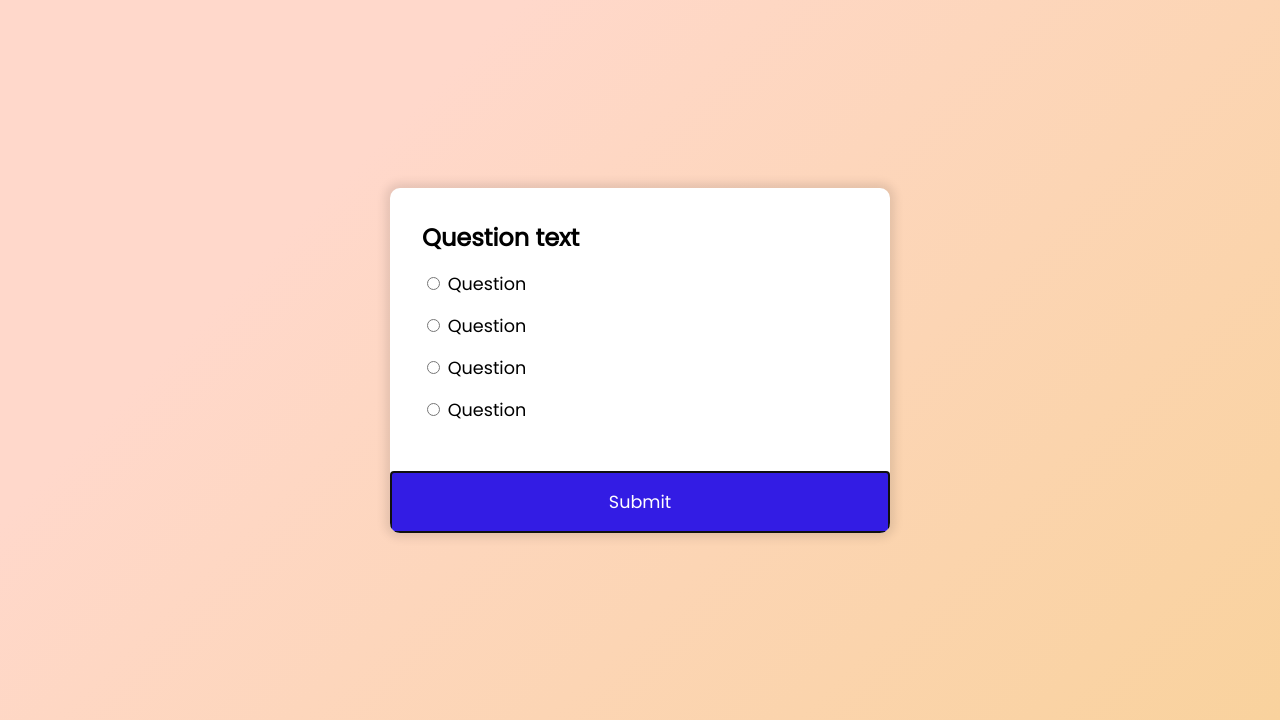
Repository: PratypartyY2K/JavaScript-Projects
Page: Quiz-App/index.html
An editor plug-in stored every save of this project. The page is shown before and after the next save, followed by the edit.
The browser window is 1280 px wide. The pictures show the whole page.
The first visible `button` has the focus.

Above is the page before, as saved 2021-07-04 11:11:01.
Console error: TypeError: document.getElementsById is not a function

### Quiz-App/index.html
<!DOCTYPE html>
<html lang="en">

<head>
    <meta charset="UTF-8">
    <meta http-equiv="X-UA-Compatible" content="IE=edge">
    <meta name="viewport" content="width=device-width, initial-scale=1.0">
    <title>Quiz App</title>
    <link rel="stylesheet" href="styles.css">
    <script src="script.js" defer></script>
</head>

<body>
    <div class="quiz-container" id="quiz">
        <div class="quiz-header">
            <h2 id="question">Question text</h2>
            <ul>
                <li>
                    <input type="radio" id="a" name="answer" class="answer" />
                    <label id="a_text" for="a">Question</label>
                </li>
                <li>
                    <input type="radio" id="b" name="answer" class="answer" />
                    <label id="b_text" for="b">Question</label>
                </li>
                <li>
                    <input type="radio" id="c" name="answer" class="answer" />
                    <label id="c_text" for="c">Question</label>
                </li>
                <li>
                    <input type="radio" id="d" name="answer" class="answer" />
                    <label id="d_text" for="d">Question</label>
                </li>
            </ul>
        </div>
        <button id="submit">Submit</button>
    </div>
</body>
</html>

### Quiz-App/styles.css
@import url('https://fonts.googleapis.com/css2?family=Poppins&display=swap');

* {
    box-sizing: border-box;
}

body {
    margin: 0;
    background-color: #f9d29d;
    background-image: linear-gradient(315deg, #f9d29d 0%, #ffd8cb 74%);
    display: flex;
    justify-content: center;
    align-items: center;
    min-height: 100vh;
    font-family: "Poppins", sans-serif;
}

.quiz-container {
    background-color: #fff;
    border-radius: 10px;
    box-shadow: 0 0 10px 5px rgba(0,0,0,0.1);
    width: 500px;
    max-width: 100%;
    overflow: hidden;
}

.quiz-header {
    padding: 2rem;
}

h2 {
    margin: 0;
}

ul {
    list-style-type: none;
    padding: 0;
}

ul li {
    font-size: 1.1rem;
    margin: 1rem 0;
    cursor: pointer;
}

button {
    background-color: #6c5ce7;
    display: block;
    color: white;
    font-family: inherit;
    font-size: 1.1rem;
    width: 100%;
    padding: 1rem;
    cursor: pointer;
}

button:hover {
    background-color: #3b27ce;
}

button:focus {
    background-color: #331ce4;
}

### Quiz-App/script.js
const quizData = [
  {
    question: "What is 10 + 4?",
    a: "12",
    b: "14",
    c: "16",
    d: "140",
    correct: "c",
  },
  {
    question: "What is 20 - 9?",
    a: "7",
    b: "13",
    c: "11",
    d: "29",
    correct: "c",
  },
  {
    question: "What is 7 x 3?",
    a: "21",
    b: "24",
    c: "25",
    d: "20",
    correct: "a",
  },
  {
    question: "What is 8 / 2?",
    a: "10",
    b: "2",
    c: "4",
    d: "6",
    correct: "c",
  },
  {
    question: "What is 8 ^ 2?",
    a: "8",
    b: "2",
    c: "64",
    d: "16",
    correct: "c",
  },
];

const questionEl = document.getElementById("question");
const a_text = document.getElementById("a_text");
const b_text = document.getElementById("b_text");
const c_text = document.getElementById("c_text");
const d_text = document.getElementById("d_text");
const submitBtn = document.getElementsById("submit");

let currentQuestion = 0;

loadQuiz();

function loadQuiz() {
  const currentQuizData = quizData[currentQuestion];

  questionEl.innerText = currentQuizData.question;

  a_text.innerText = currentQuizData.a;
  b_text.innerText = currentQuizData.b;
  c_text.innerText = currentQuizData.c;
  d_text.innerText = currentQuizData.d;
}

submitBtn.addEventListener("click", () => {
  currentQuestion++;

  if (currentQuiz < quizData.length) {
    loadQuiz();
  } else {
    alert('You finished! Give yourslef a PAT on the BACK');
  }
});

After the next save:
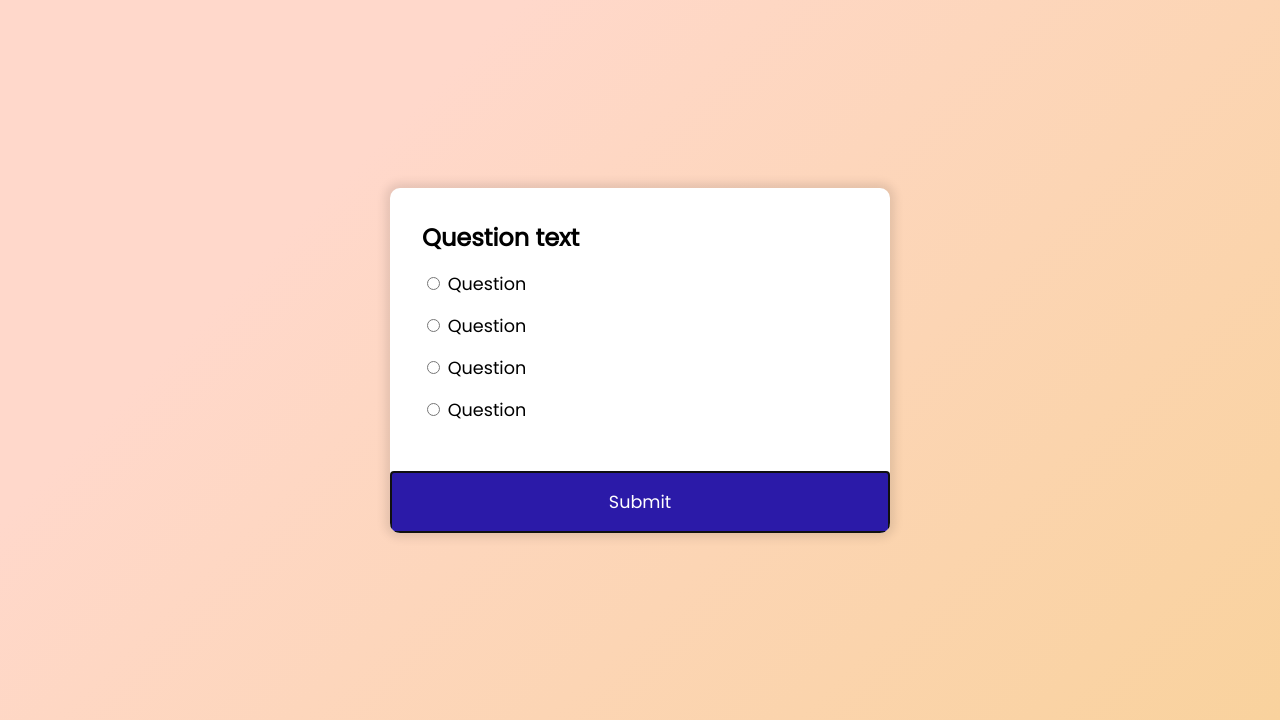
Saved 13 s later.
--- a/Quiz-App/styles.css
+++ b/Quiz-App/styles.css
@@ -59,5 +59,5 @@ button:hover {
 }
 
 button:focus {
-    background-color: #331ce4;
+    background-color: #2b1aa8;
 }
